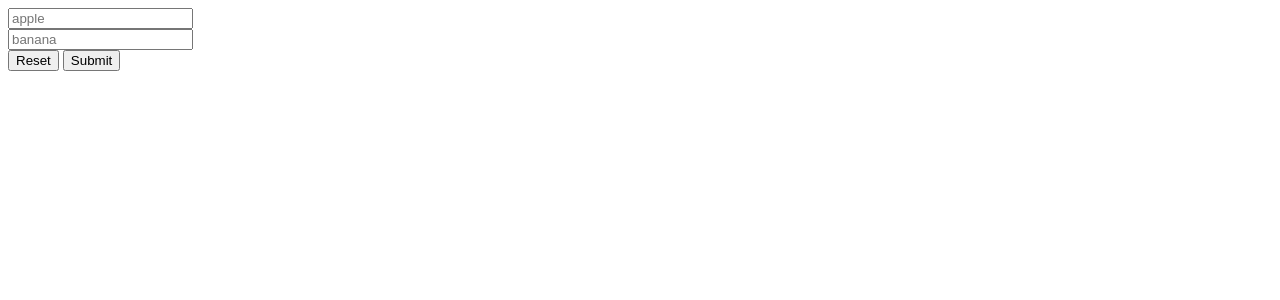
Repository: djdh94/jsp_practice
Page: http://localhost/JSPBasic/jspObject/1.requests/req_param_send.jsp
These files come from the project's save history. The page is drawn as it stood at one moment and after the next save; the edit follows.
The browser window is 1280 px wide. The pictures show the whole page.
The page is served by Tomcat 9.

Above is the page before, as saved 2022-02-03 09:12:44.

After the next save:
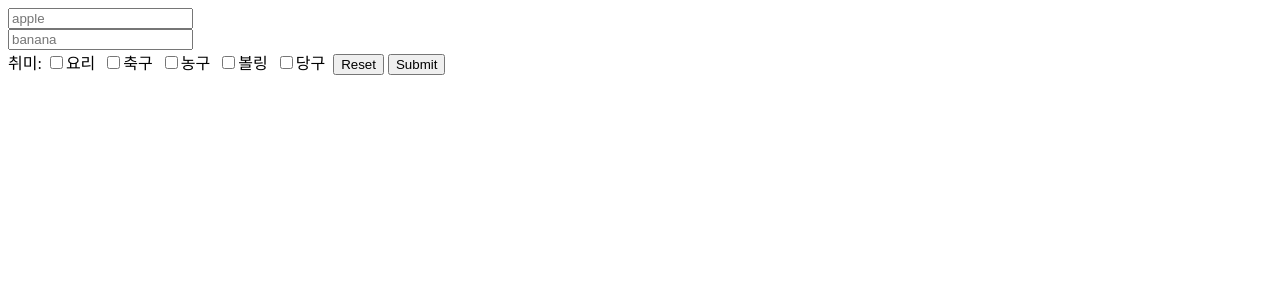
Saved 1 s later.
--- a/JSPBasic/src/main/webapp/jspObject/1.requests/req_param_send.jsp
+++ b/JSPBasic/src/main/webapp/jspObject/1.requests/req_param_send.jsp
@@ -10,11 +10,16 @@
 
 <%-- form의 action의 바로 목적지를 적는 부분임.
 웹 개발에서는 받을 페이지 화면의 주소를 적어줌 --%>
-	<form action="p" method="get">
+	<form action="req_param_getpost.jsp" method="get">
 	<input type="text" name="apple" placeholder="apple"/><br/>
 	<input type="password" name="banana" placeholder="banana"/><br/>
 
-
+	취미:
+	<input type="checkbox" name="hobby" >요리&nbsp;
+	<input type="checkbox" name="hobby" >축구&nbsp;
+	<input type="checkbox" name="hobby" >농구&nbsp;
+	<input type="checkbox" name="hobby" >볼링&nbsp;
+	<input type="checkbox" name="hobby" >당구&nbsp;
 	<input type="reset" />
 	<input type="submit"/>
 
